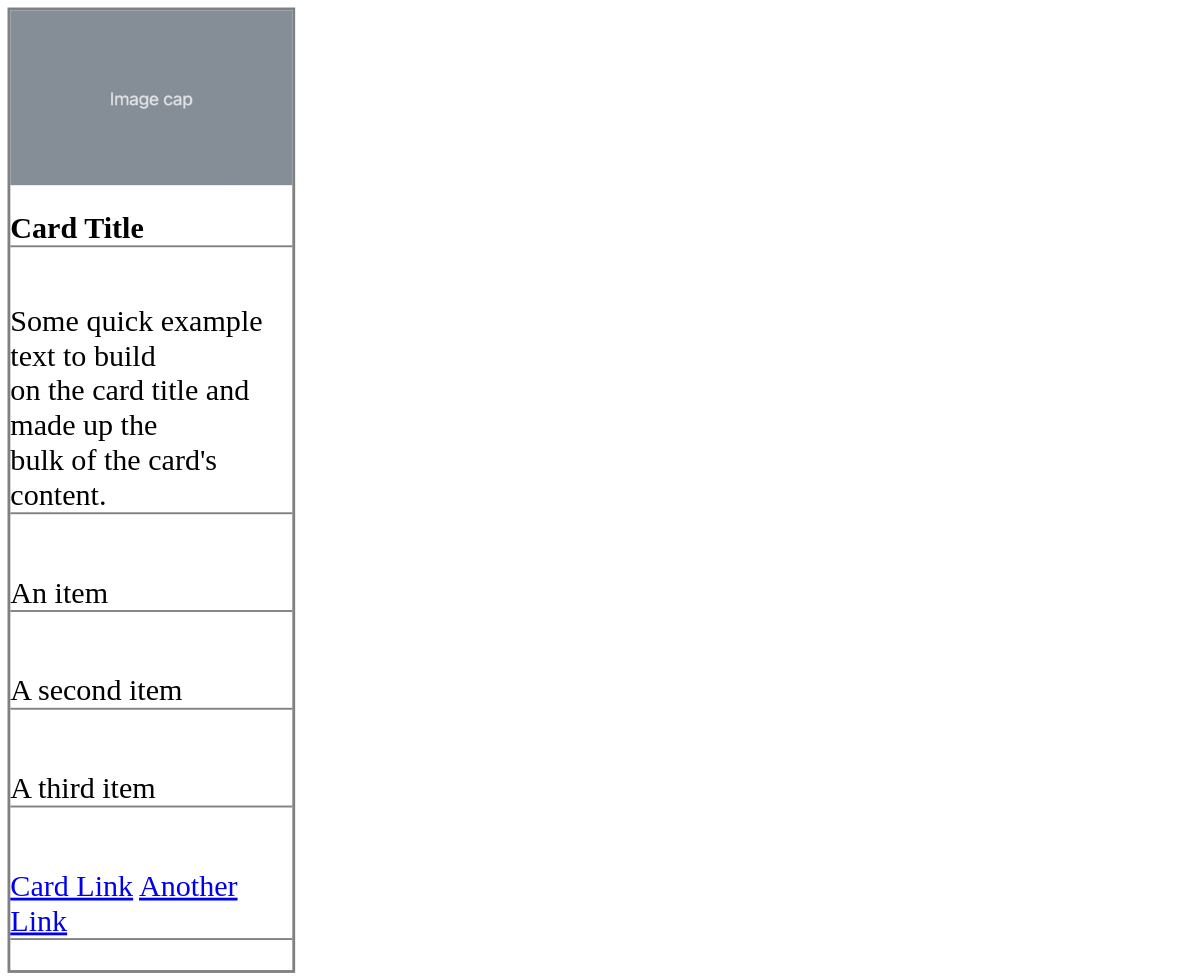
Repository: tr2cky/nav
Page: card.html
An editor plug-in stored every save of this project. The page is shown before and after the next save, followed by the edit.
The browser window is 1280 px wide. The pictures show the whole page, at 94% of full size.

Above is the page before, as saved 2022-09-27 16:22:46.

### card.html
<!DOCTYPE html>
<html lang="en">

<head>
    <meta charset="UTF-8">
    <meta http-equiv="X-UA-Compatible" content="IE=edge">
    <meta name="viewport" content="width=device-width, initial-scale=1.0">
    <title>Document</title>
    <link rel="stylesheet" href="style.css">
</head>

<body>
    <article class="container">
        <img src="imagecap.png" alt="Image Cap">
        <h2>Card Title</h2>
        <p>Some quick example text to build <br>
            on the card title and made up the <br>
            bulk of the card's content.</p>
        <p>An item</p>
        <p>A second item</p>
        <p>A third item</p>
        <p><a href="https://google.com">Card Link</a> <a href="https://twitter.com">Another Link</a></p>
    </article>
</body>

</html>

### style.css
.container {
    display: flex;
    flex-direction: column;
    border: 3px solid gray;
    max-width: 300px;
    gap: 1px;
}
.container > img {
    width: 300px;
}
.container > p, h2 {
    font-size: 2rem;
    border-bottom: 2px solid gray;
}

After the next save:
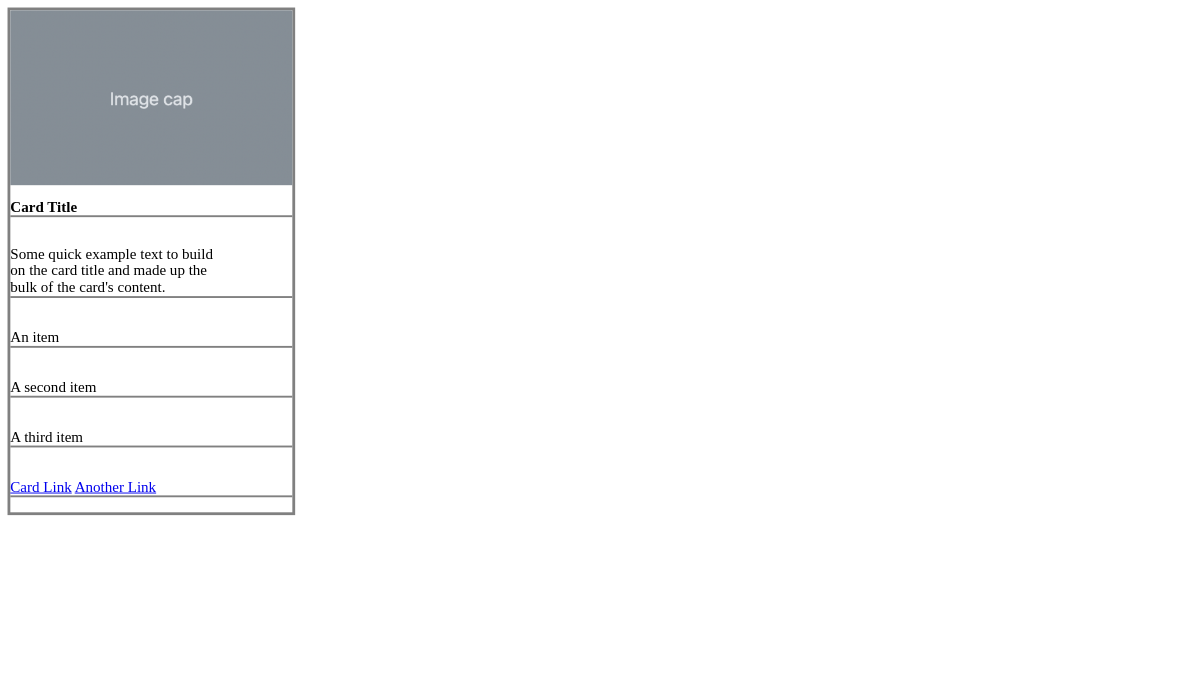
Saved 11 s later.
--- a/style.css
+++ b/style.css
@@ -9,6 +9,6 @@
     width: 300px;
 }
 .container > p, h2 {
-    font-size: 2rem;
+    font-size: 1rem;
     border-bottom: 2px solid gray;
 }
